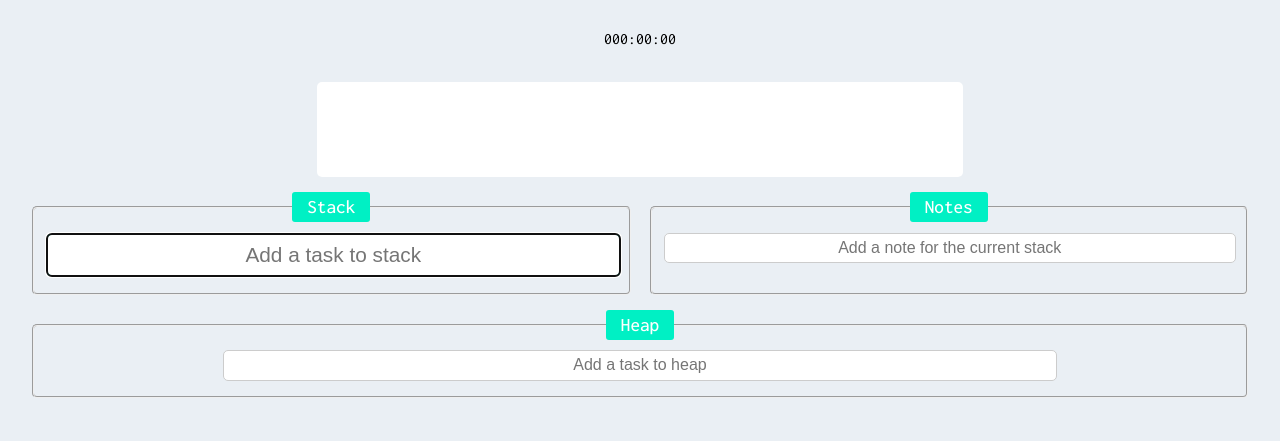
Repository: litalsh/Meeting-Managment-App
Page: /
An editor plug-in stored every save of this project. The page is shown before and after the next save, followed by the edit.
The browser window is 1280 px wide. The pictures show the whole page.
The project was rebuilt for these pictures with package versions that can differ from the ones it lists, and the page was loaded fresh each time. Also part of the build but not shown: src/components/Task/Task.css, src/components/Task/Task.js, src/components/Notes/Note.js.

Above is the page before, as saved 2021-01-11 17:43:20.

After the next save:
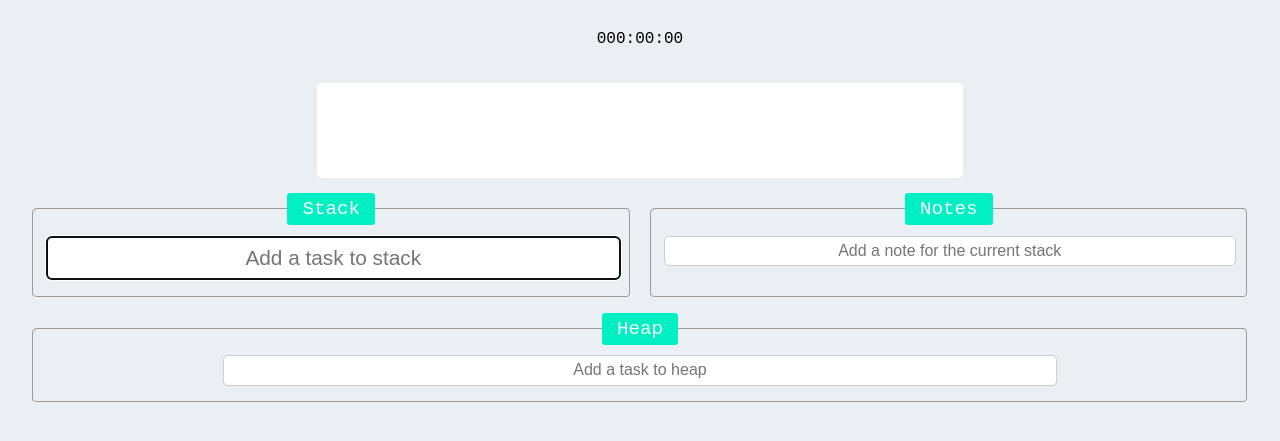
Saved 2 min 40 s later.
--- a/src/App.css
+++ b/src/App.css
@@ -1,4 +1,4 @@
-@import url('https://fonts.googleapis.com/css2?family=Inconsolata:wght@300;400;500;600;700&display=swap');
+@import url('https://fonts.googleapis.com/css2?family=Asap:wght@400;500;600;700&display=swap');
 
 
 body{
